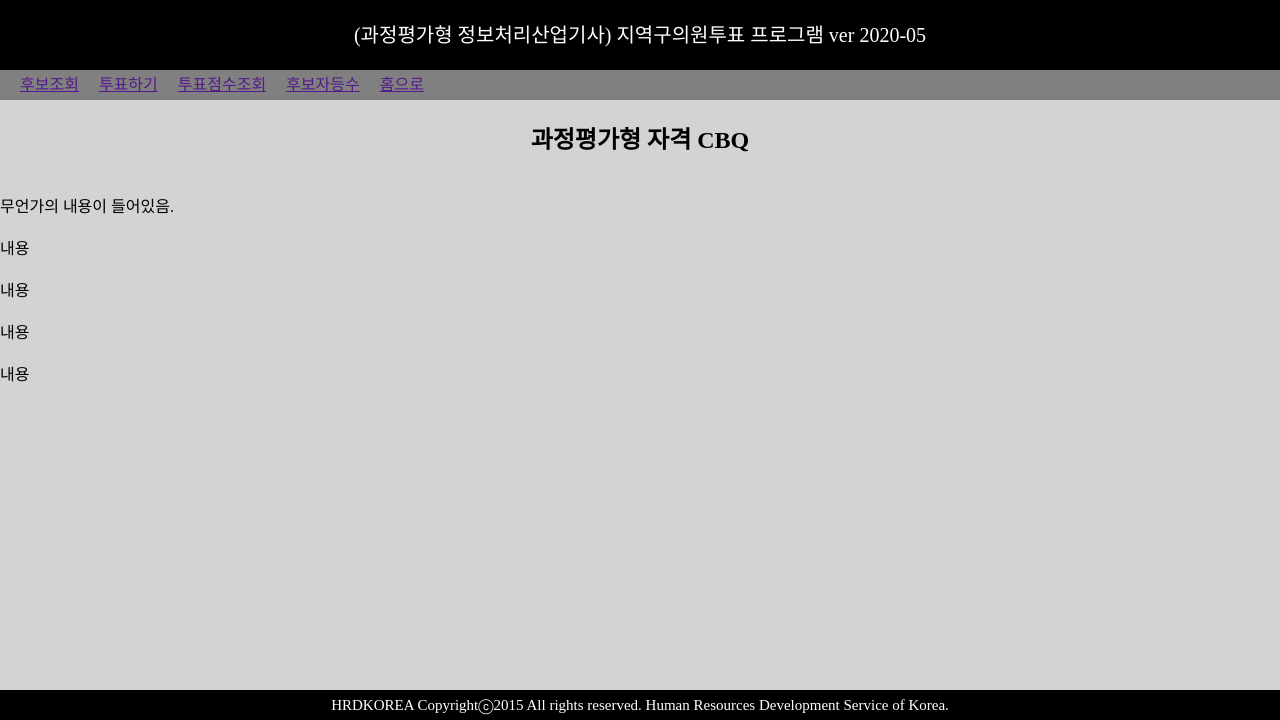
Repository: alsco727/JSP
Page: http://localhost/HRD_2207/
The author's editor kept a copy of each file at every save. The page is drawn from the files as they stood at one save, then again after the next save.
The browser window is 1280 px wide. The pictures show the whole page.
The page is served by Tomcat 9.

Above is the page before, as saved 2022-08-29 08:49:25.

After the next save:
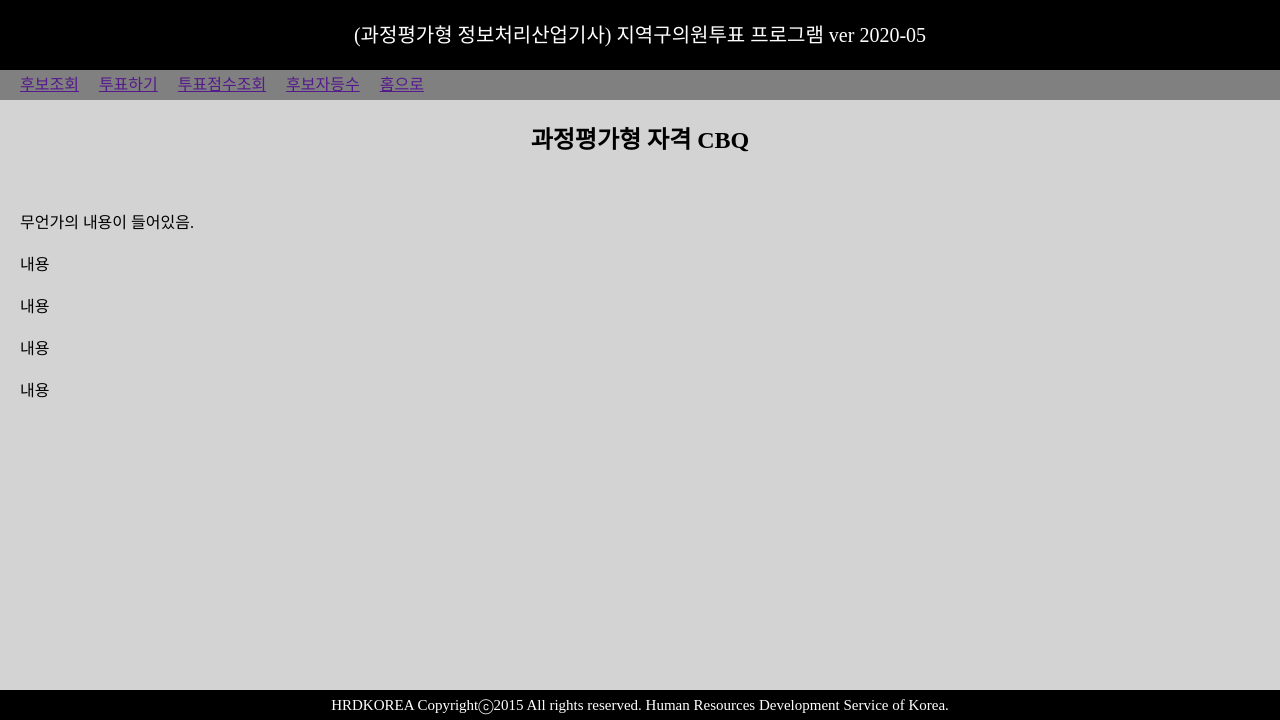
Saved 30 s later.
--- a/information_Processing/JSP과제4/HRD_2207/src/main/webapp/index.jsp
+++ b/information_Processing/JSP과제4/HRD_2207/src/main/webapp/index.jsp
@@ -11,11 +11,13 @@
 
 <section style="position:fixed; top:100px; left:0px; width:100%; height:100%; background-color:lightgray">
 <h2 style="text-align:center"><b>과정평가형 자격 CBQ</b></h2><br>
+<p style="padding-left:20px;">
 무언가의 내용이 들어있음.<br><br>
 내용<br><br>
 내용<br><br>
 내용<br><br>
 내용<br><br>
+</p>
 </section>
 
 <jsp:include page="footer.jsp"></jsp:include>
